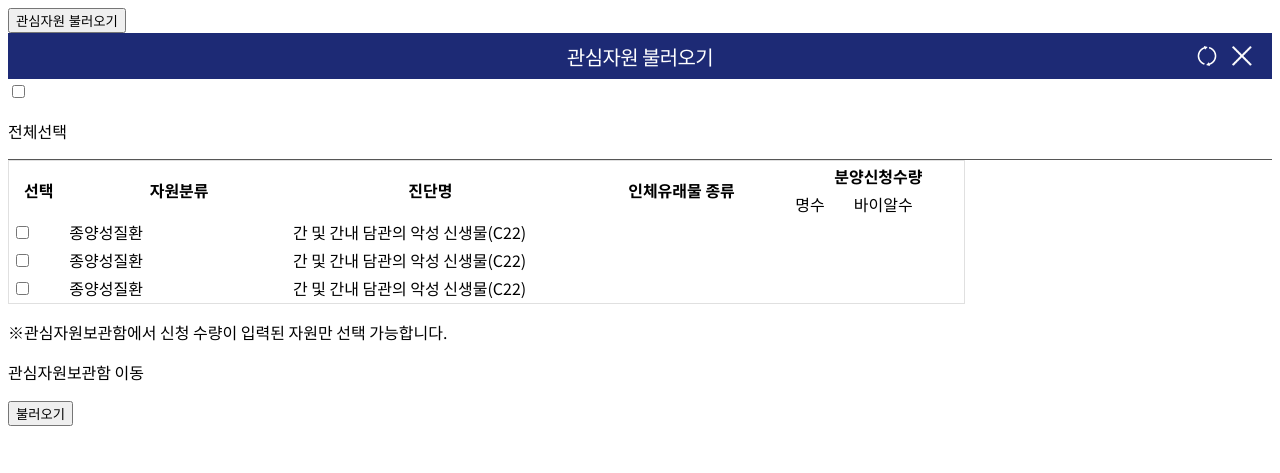
Repository: dlgywls1130/one_popup
Page: index.html
These files come from the project's save history. The page is drawn as it stood at one moment and after the next save; the edit follows.
The browser window is 1280 px wide. The pictures show the whole page.

Above is the page before, as saved 2023-10-25 00:08:56.

After the next save:
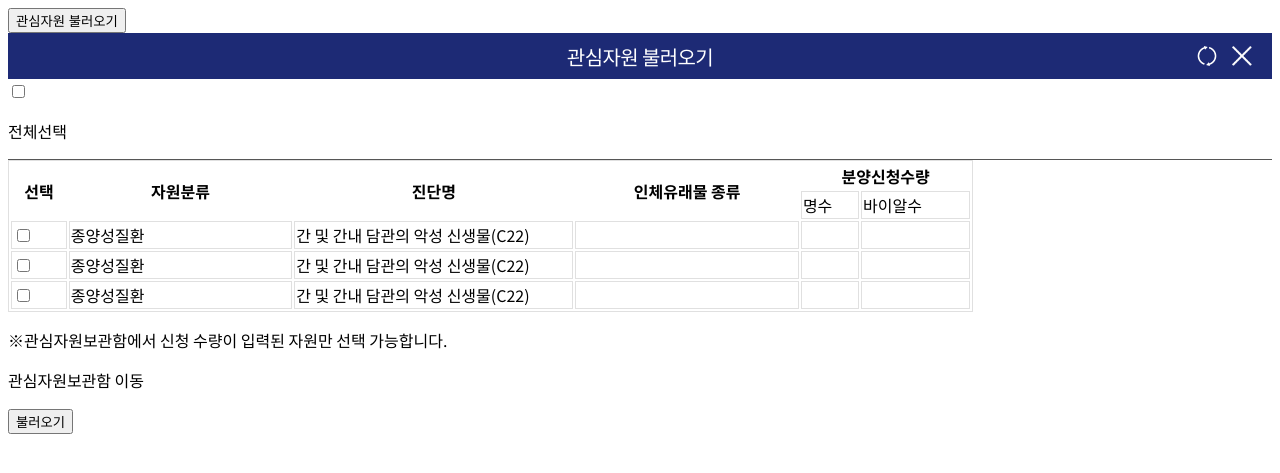
Saved 19 s later.
--- a/style.css
+++ b/style.css
@@ -50,7 +50,8 @@
     border-top: 1px solid #565656;
 }
 
-.list_table_wrap{
+.list_table_wrap,
+.list_table_wrap td{
     border: 1px solid #E0E0E0;
 }
 

After the save that followed:
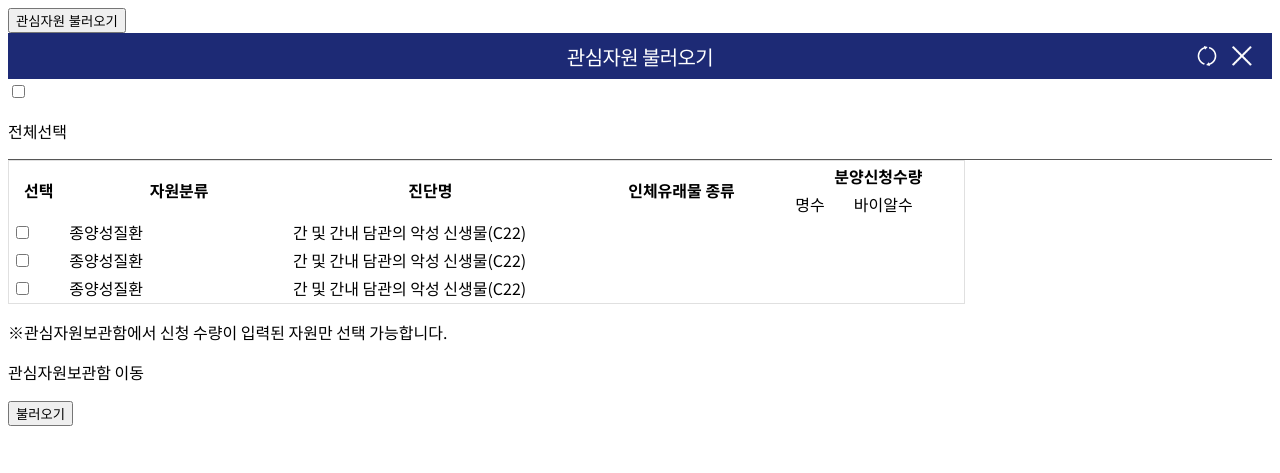
Saved 10 s later.
--- a/style.css
+++ b/style.css
@@ -51,7 +51,7 @@
 }
 
 .list_table_wrap,
-.list_table_wrap td{
+.list_table_wrap tr{
     border: 1px solid #E0E0E0;
 }
 
